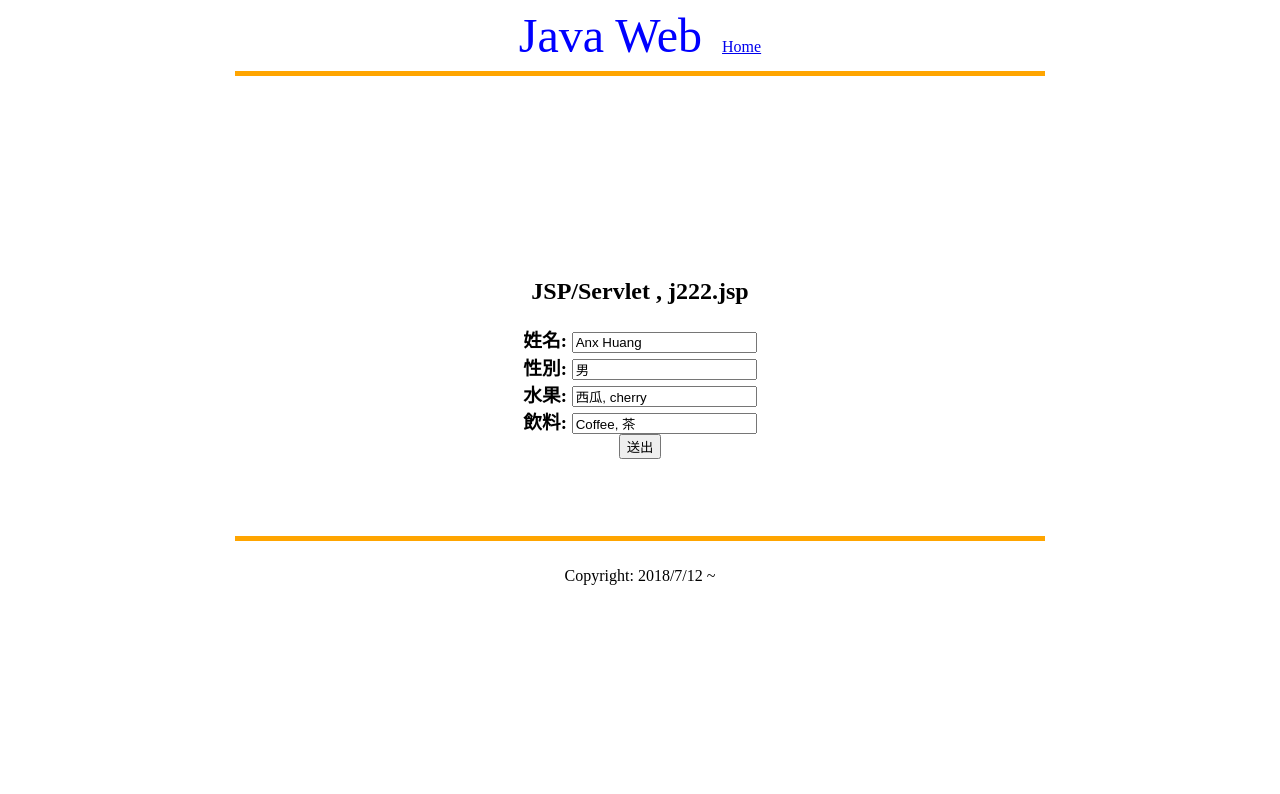
Repository: anxhuang/Java_Web
Page: http://localhost/code/j222.jsp
An editor plug-in stored every save of this project. The page is shown before and after the next save, followed by the edit.
The browser window is 1280 px wide. The pictures show the whole page.
The page is served by Tomcat 9. Other server files are loaded and not shown.

Above is the page before, as saved 2018-07-26 10:29:44.

### code/WebContent/j222.jsp
<%@ page language="java" pageEncoding="UTF-8"%>
<!DOCTYPE html PUBLIC "-//W3C//DTD HTML 4.01 Transitional//EN" "http://www.w3.org/TR/html4/loose.dtd">
<html>
<head>

<title>Insert title here</title>
<style type="text/css">
	div{
		width: 80%;
		height: 250px;
		margin-right: 130px;
	}
</style>
</head>
<body>

	<%@ include file="banner.jsp" %>

	<div align="center">
		<h2>JSP/Servlet , j222.jsp</h2>

		<h3>
			<form action="S223">
				姓名: <input type="text" name="user" value="Anx Huang"><br>
				性別: <input type="text" name="gender" value="男"><br>
				水果: <input type="text" name="fruit" value="西瓜, cherry"><br>
				飲料: <input type="text" name="drink" value="Coffee, 茶"><br>
				<input type="submit" value="送出"><br>
			</form>
		</h3>
	</div>

	<%@ include file="footer.jsp" %>

</body>
</html>

### code/WebContent/banner.jsp
<%@ page language="java" pageEncoding="UTF-8"%>
<!DOCTYPE html PUBLIC "-//W3C//DTD HTML 4.01 Transitional//EN" "http://www.w3.org/TR/html4/loose.dtd">
<html>
<head>
<title>Insert title here</title>
<style>
	div{
		width: 80%;
		margin: 0 auto;
	}
</style>
</head>
<body>

	<div align="center">
		<font size="36" color="blue">Java Web</font> &nbsp; &nbsp; <a href="index.jsp">Home</a><br>
		<hr width="80%" color="orange" size="5"><br>
	</div>
<!--
</body>
</html>
 -->

### code/WebContent/footer.jsp
<!--<%@ page language="java" pageEncoding="UTF-8"%>
<!DOCTYPE html PUBLIC "-//W3C//DTD HTML 4.01 Transitional//EN" "http://www.w3.org/TR/html4/loose.dtd">
<html>
<head>
<title>Insert title here</title>
<style>
	div{
		width: 80%;
	}
</style>
</head>
<body>
-->
	<div align="center">
		<hr width="80%" color="orange" size="5"><br>
		Copyright: 2018/7/12 ~
	</div>

</body>
</html>

After the next save:
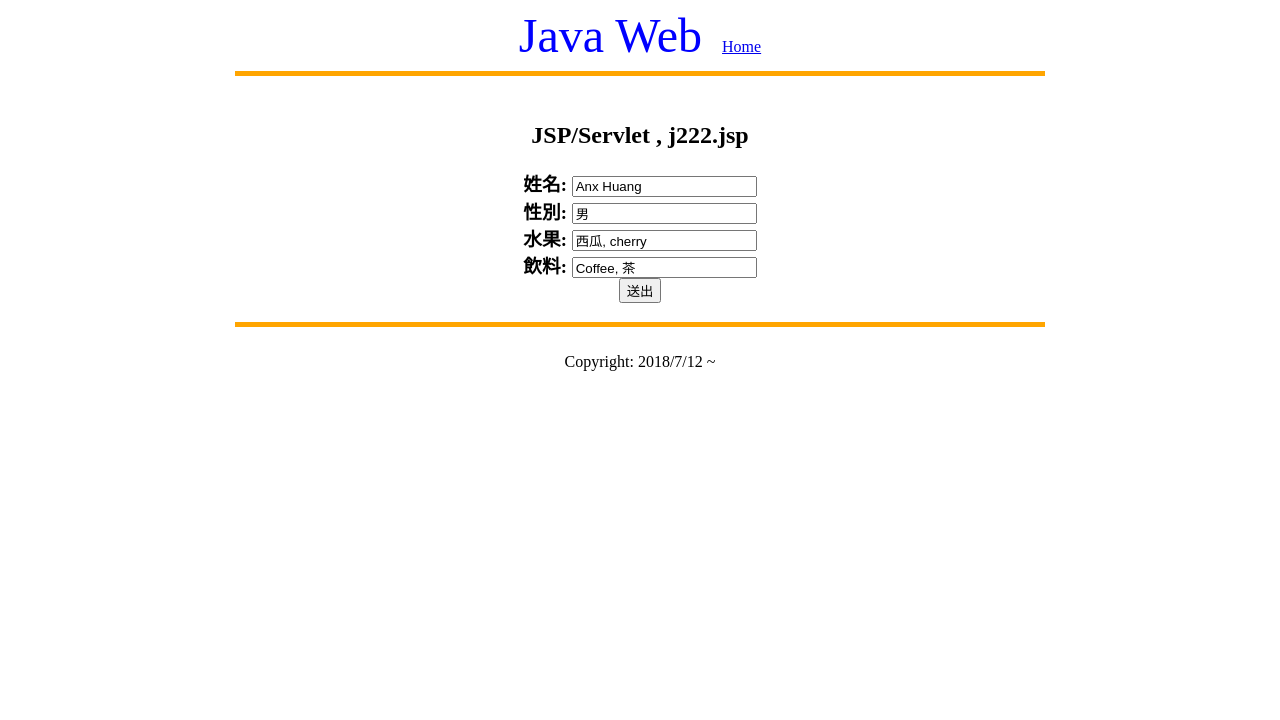
Saved 73 s later.
--- a/code/WebContent/j222.jsp
+++ b/code/WebContent/j222.jsp
@@ -4,13 +4,6 @@
 <head>
 
 <title>Insert title here</title>
-<style type="text/css">
-	div{
-		width: 80%;
-		height: 250px;
-		margin-right: 130px;
-	}
-</style>
 </head>
 <body>
 
